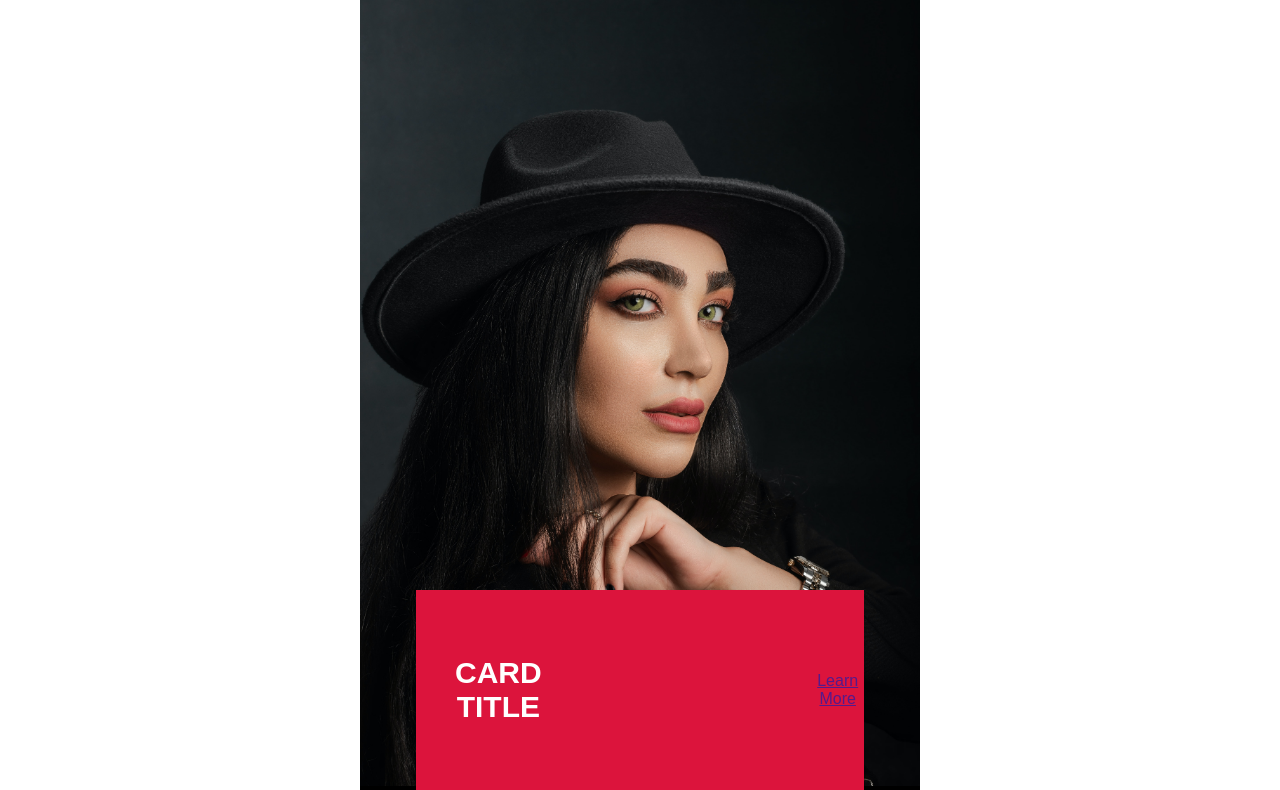
Repository: DevMike1993/100_Projects_HTML_CSS_JAVASCRIPT
Page: 07_Creative_Image_Hover_Effect/03_Effect/index.html
The author's editor kept a copy of each file at every save. The page is drawn from the files as they stood at one save, then again after the next save.
The browser window is 1280 px wide. The pictures show the whole page.

Above is the page before, as saved 2023-11-30 12:42:30.

### 07_Creative_Image_Hover_Effect/03_Effect/index.html
<!DOCTYPE html>
<html lang="en">
<head>
    <meta charset="UTF-8">
    <meta name="viewport" content="width=device-width, initial-scale=1.0">
    <link rel="stylesheet" href="style.css">
    <title>Effect_03</title>
</head>
<body>
    <section class="card">
        <div class="img-containser">
            <img src="milad-shams-AxqT51VT8mw-unsplash.jpg" />
        </div>

        <section class="content">
            <h3>Card Title</h3>
            <p>Lorem ipsum dolor sit amet consectetur adipisicing elit. Vero culpa fugiat, earum sunt aut, dolores hic rerum ab amet placeat eum? Dolor excepturi aliquid libero nemo harum velit quasi quas?</p>
            <a href="">Learn More</a>
        </section>

    </section>


</body>
</html>

### 07_Creative_Image_Hover_Effect/03_Effect/style.css
body {
    background: rgb (23, 23, 23);
    height: 100vh;
    display: flex;
    justify-content: center;
    align-items: center;
    font-family: sans-serif;
}

.card {
    position: relative;
    width: 30rem;
    width: 35rem;
    background-color: black;
    box-shadow: 0px, 30px, 30px rgb(0, 0, 0, 0.5);
}

.content {
    position: absolute;
    bottom: 0px;
    width: 80%;
    height: 200px;
    background: crimson;
    left: 10%;
    text-align: center;
    transition: 0.5s;
    overflow: hidden;
    display: flex;
    justify-content: center;
    align-items: center;
}

h3 {
    font-size: 30px;
    text-transform: uppercase;
    margin: 25px;
    color: #fff;
}

p {
    width: 80%;
    margin: 10px auto;
    font-size: 18px;
    transition: 0.5s;
    opacity: 0;
    line-height: 25px;
    color: #fff;
}

img {
    width: 100%;
    height: 100%;
    object-fit: cover;
    transition: 1s;
}

After the next save:
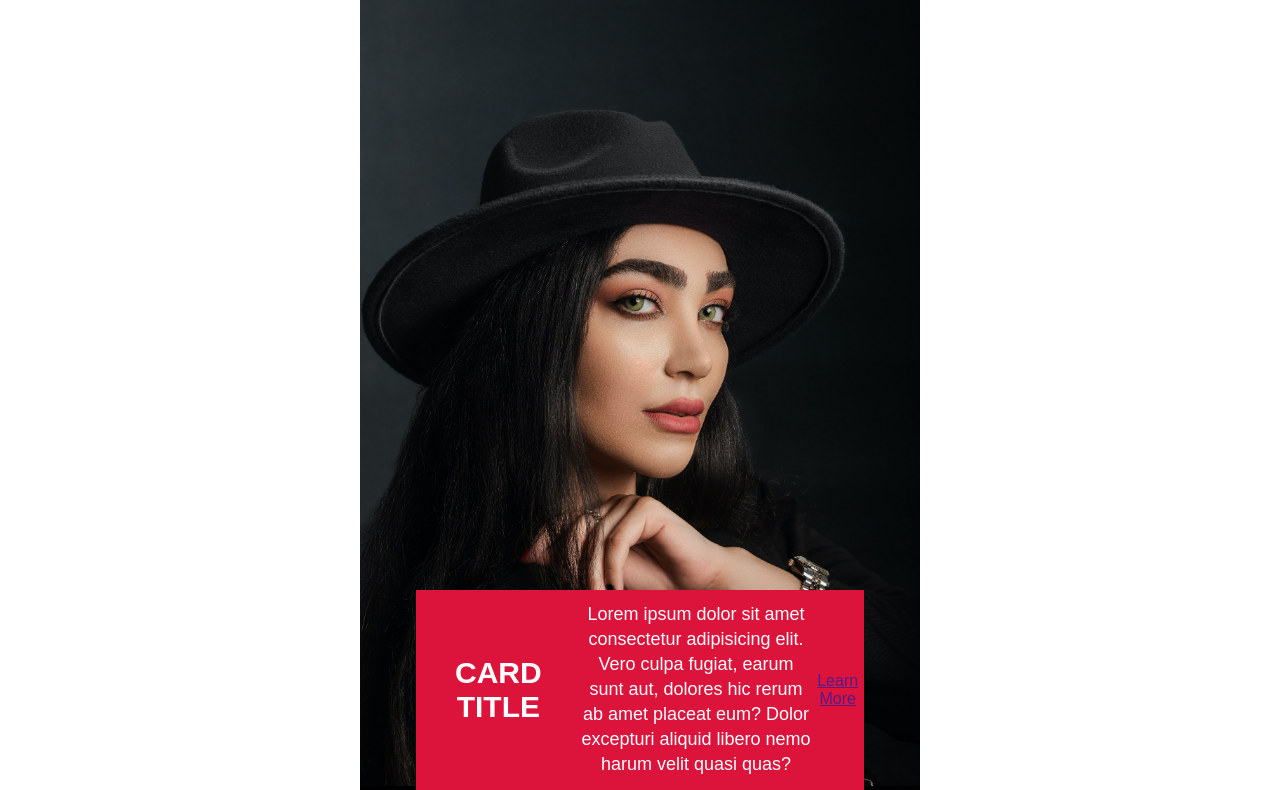
Saved 19 s later.
--- a/07_Creative_Image_Hover_Effect/03_Effect/style.css
+++ b/07_Creative_Image_Hover_Effect/03_Effect/style.css
@@ -42,7 +42,7 @@ p {
     margin: 10px auto;
     font-size: 18px;
     transition: 0.5s;
-    opacity: 0;
+    /* opacity: 0; */
     line-height: 25px;
     color: #fff;
 }
